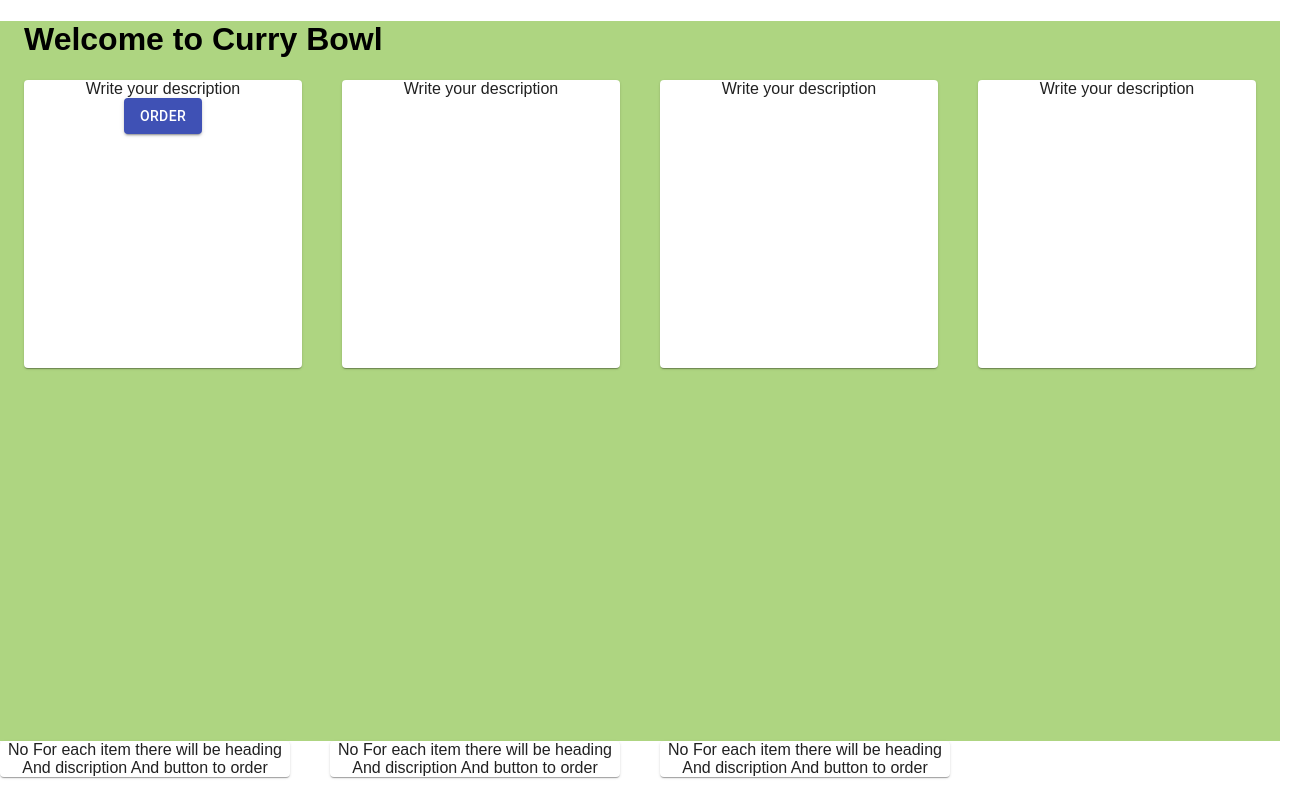
Repository: appikonda/food-order
Page: /, after clicking the first element matching `button.MuiButtonBase-root`
An editor plug-in stored every save of this project. The page is shown before and after the next save, followed by the edit.
The browser window is 1280 px wide. The page is 1300 px wide, so the pictures cover 1300 px, including what lies to the right of the window. The pictures show the whole page.
The project was rebuilt for these pictures with package versions that can differ from the ones it lists, and the page was loaded fresh each time. Also part of the build but not shown: webpack.config.js, src/App.css.

Above is the page before, as saved 2019-08-15 17:18:16.

After the next save:
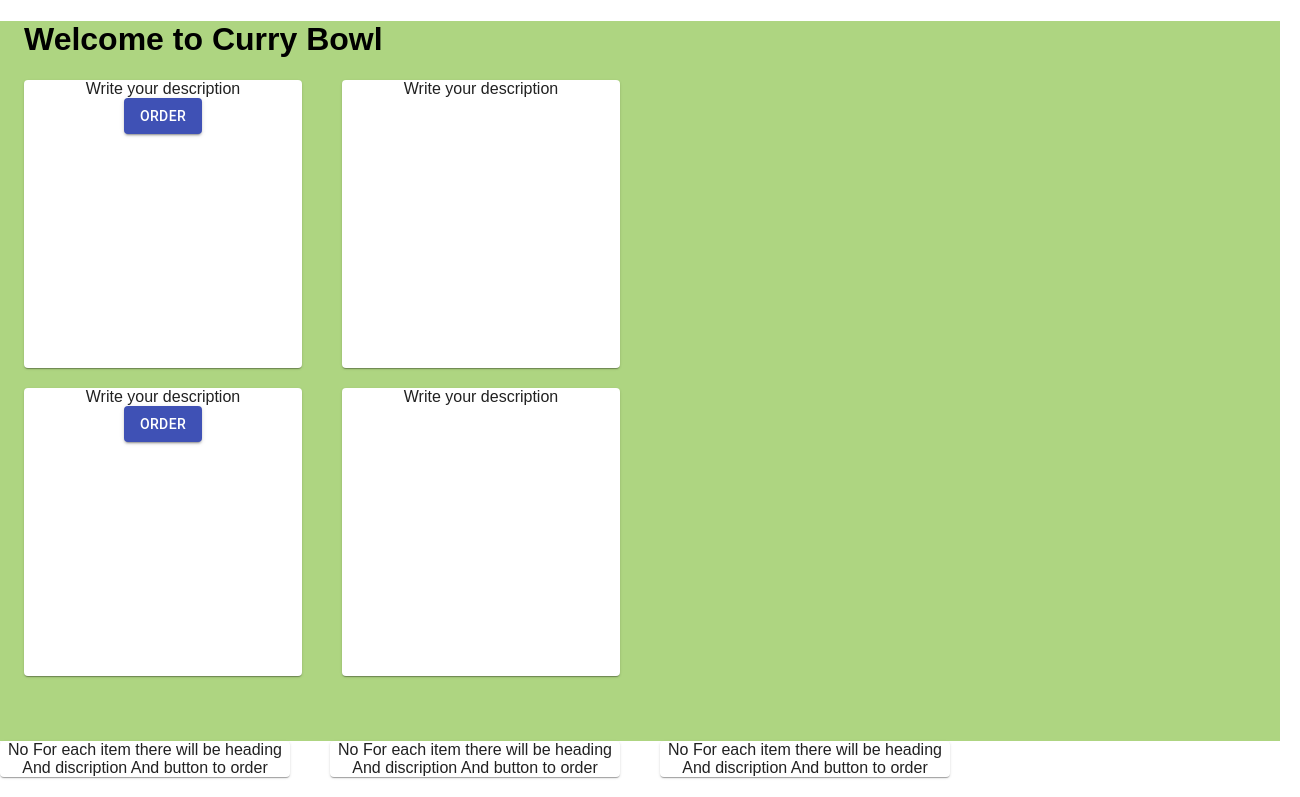
Saved 68 s later.
--- a/src/OrderFood.jsx
+++ b/src/OrderFood.jsx
@@ -42,9 +42,18 @@ class OrderFood extends Component {
 
           </Paper>
         </Grid>
-        <Grid item xs={6} sm={3} >
+
+
+  </Grid>
+  <Grid container spacing={5}>
+
+        <Grid item xs={6} sm={3}  >
           <Paper style={{  textAlign: 'center',  color: '#212121', height: '40vh'  }}>
              Write your description
+             <br/>
+             <Button variant="contained" color="primary">
+        Order
+      </Button>
 
           </Paper>
         </Grid>
@@ -54,6 +63,7 @@ class OrderFood extends Component {
 
           </Paper>
         </Grid>
+
 
   </Grid>
 
